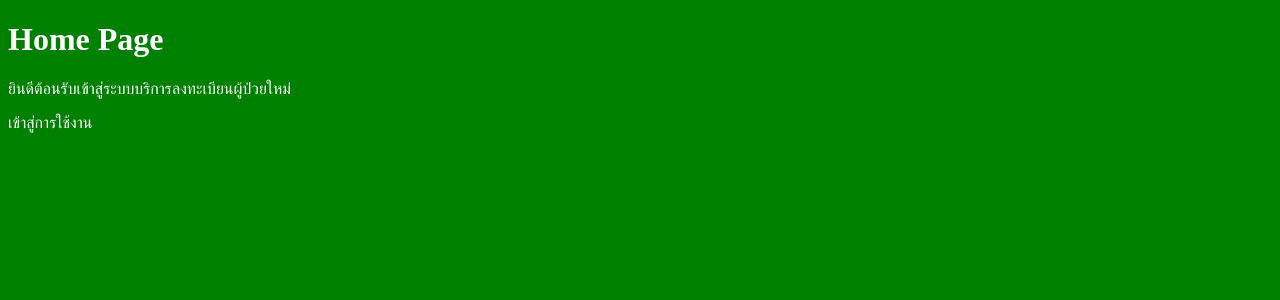
Repository: iamsamitdev/java_class_rd
Page: http://localhost/HelloJSP/
These files come from the project's save history. The page is drawn as it stood at one moment and after the next save; the edit follows.
The browser window is 1280 px wide. The pictures show the whole page.
The page is served by Tomcat 9.

Above is the page before, as saved 2020-03-11 08:15:13.

### JSP/HelloJSP/WebContent/index.jsp
<%@ page language="java" contentType="text/html; charset=UTF-8"
    pageEncoding="UTF-8"%>
<!DOCTYPE html>
<html>
<head>
<meta charset="UTF-8">
<title>Home</title>
<style type="text/css">
	body
	{
		background-color: green;
		color: white
	}
</style>
</head>
<body>
	<h1>Home Page</h1>
	<p>ยินดีต้อนรับเข้าสู่ระบบบริการลงทะเบียนผู้ป่วยใหม่</p>
	<p>เข้าสู่การใช้งาน</p>
</body>
</html>

After the next save:
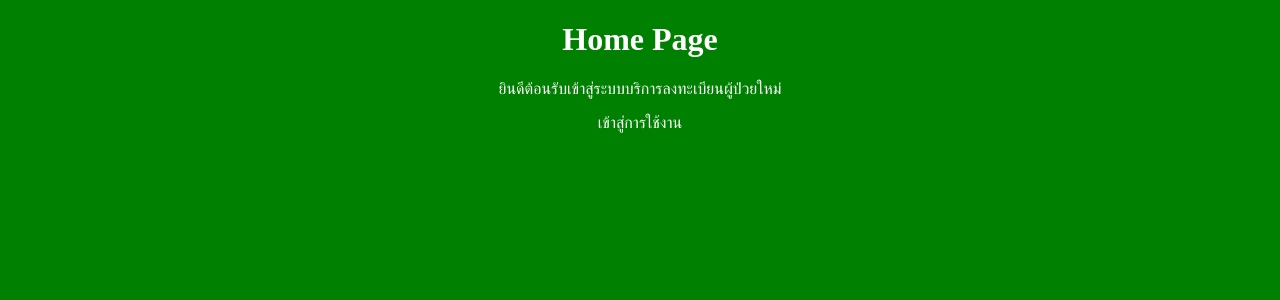
Saved 45 s later.
--- a/JSP/HelloJSP/WebContent/index.jsp
+++ b/JSP/HelloJSP/WebContent/index.jsp
@@ -9,7 +9,8 @@
 	body
 	{
 		background-color: green;
-		color: white
+		color: white;
+		text-align: center;
 	}
 </style>
 </head>
